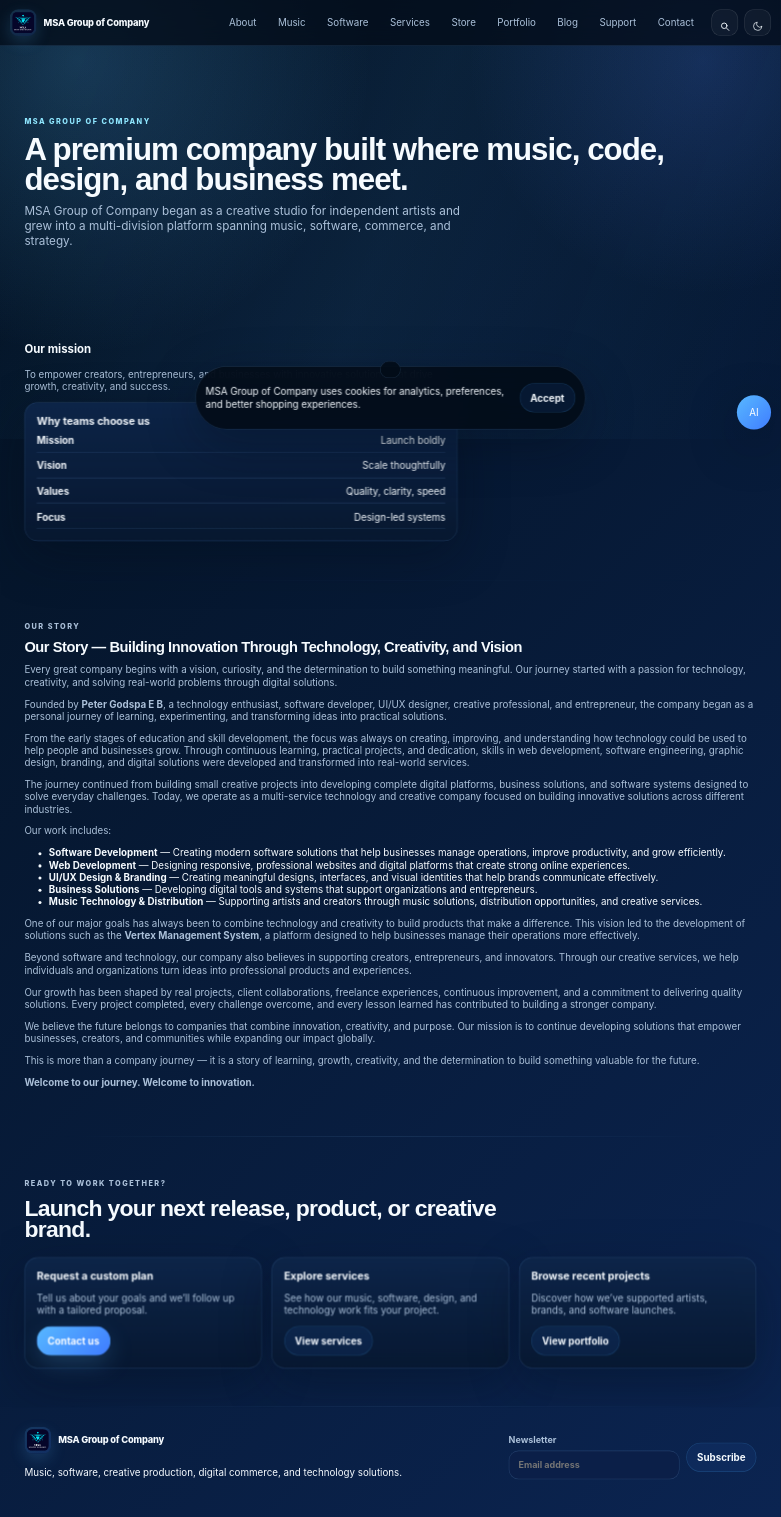
Repository: wifiasert/MSA-Group-of-Company
Page: about/index.html
These files come from the project's save history. The page is drawn as it stood at one moment and after a run of saves; the edit follows.
The browser window is 1280 px wide. The pictures show the whole page, at 61% of full size.

Above is the page before, as saved 2026-07-18 03:52:10.

### about/index.html
<!doctype html>
<html lang="en">
<head>
  <meta charset="utf-8">
  <meta name="viewport" content="width=device-width, initial-scale=1">
  <title>MSA Group of Company | About</title>
  <meta name="robots" content="index, follow">
  <meta name="keywords" content="software company, digital agency, AI solutions, web development, mobile app development, automation, branding, music production, Ghana software company, global software company">
  <link rel="canonical" href="https://msagroupofcompanies.online/about/">
  <link rel="shortlink" href="https://msagroupofcompanies.online/about/">
  <meta property="og:locale" content="en_US">
  <meta property="og:site_name" content="MSA Group of Company">
  <meta property="og:type" content="website">
  <meta property="og:title" content="MSA Group of Company | About">
  <meta property="og:description" content="Learn about MSA Group of Company, its mission, values, and the team behind the platform.">
  <meta property="og:url" content="https://msagroupofcompanies.online/about/">
  <meta property="og:image" content="https://msagroupofcompanies.online/assets/og-preview.svg">
  <meta property="og:image:alt" content="MSA Group of Company digital services and creative technology">
  <meta name="twitter:card" content="summary_large_image">
  <meta name="twitter:title" content="MSA Group of Company | About">
  <meta name="twitter:description" content="Learn about MSA Group of Company, its mission, values, and the team behind the platform.">
  <meta name="twitter:image" content="https://msagroupofcompanies.online/assets/og-preview.svg">
  <meta name="author" content="MSA Group of Company">
  <meta name="publisher" content="MSA Group of Company">
  <link rel="apple-touch-icon" href="https://msagroupofcompanies.online/assets/favicon.svg">
  <link rel="manifest" href="../manifest.webmanifest">

  <meta name="description" content="Learn about MSA Group of Company, its mission, values, and the team behind the platform.">
  <meta name="theme-color" content="#060816">
  <link rel="icon" href="../assets/favicon.svg" type="image/svg+xml">
  <link rel="stylesheet" href="../styles.css">
  <script type="application/ld+json">
{
  "@context": "https://schema.org",
  "@graph": [
    {
      "@type": [
        "Organization",
        "ProfessionalService",
        "LocalBusiness"
      ],
      "@id": "https://msagroupofcompanies.online/#organization",
      "name": "MSA Group of Company",
      "url": "https://msagroupofcompanies.online/",
      "logo": "https://msagroupofcompanies.online/assets/favicon.svg",
      "sameAs": [
        "https://www.linkedin.com/",
        "https://www.instagram.com/",
        "https://www.youtube.com/",
        "https://www.tiktok.com/",
        "https://twitter.com/"
      ],
      "description": "MSA Group of Company delivers music, software, creative production, branding, and technology solutions for artists, startups, and businesses worldwide.",
      "contactPoint": [
        {
          "@type": "ContactPoint",
          "contactType": "customer support",
          "email": "hello@msa.company",
          "areaServed": [
            "GH",
            "US",
            "GB",
            "CA"
          ],
          "availableLanguage": [
            "English"
          ]
        }
      ],
      "address": {
        "@type": "PostalAddress",
        "addressCountry": "GH",
        "addressLocality": "Accra",
        "addressRegion": "Greater Accra"
      }
    },
    {
      "@type": "WebSite",
      "@id": "https://msagroupofcompanies.online/#website",
      "url": "https://msagroupofcompanies.online/",
      "name": "MSA Group of Company",
      "publisher": {
        "@id": "https://msagroupofcompanies.online/#organization"
      }
    },
    {
      "@type": "WebPage",
      "@id": "https://msagroupofcompanies.online/about/#webpage",
      "url": "https://msagroupofcompanies.online/about/",
      "name": "MSA Group of Company | About",
      "description": "Learn about MSA Group of Company, its mission, values, and the team behind the platform.",
      "inLanguage": "en",
      "isPartOf": {
        "@id": "https://msagroupofcompanies.online/#website"
      },
      "breadcrumb": {
        "@id": "https://msagroupofcompanies.online/about/#breadcrumb"
      }
    },
    {
      "@type": "BreadcrumbList",
      "@id": "https://msagroupofcompanies.online/about/#breadcrumb",
      "itemListElement": [
        {
          "@type": "ListItem",
          "position": 1,
          "name": "Home",
          "item": "https://msagroupofcompanies.online/"
        },
        {
          "@type": "ListItem",
          "position": 2,
          "name": "About",
          "item": "https://msagroupofcompanies.online/about"
        }
      ]
    },
    {
      "@type": "OfferCatalog",
      "name": "MSA Group of Company services",
      "itemListElement": [
        {
          "@type": "OfferCatalog",
          "name": "Website Development",
          "itemListElement": [
            {
              "@type": "Offer",
              "itemOffered": {
                "@type": "Service",
                "name": "Website Development"
              }
            }
          ]
        },
        {
          "@type": "OfferCatalog",
          "name": "Brand Identity",
          "itemListElement": [
            {
              "@type": "Offer",
              "itemOffered": {
                "@type": "Service",
                "name": "Brand Identity"
              }
            }
          ]
        },
        {
          "@type": "OfferCatalog",
          "name": "Music Production",
          "itemListElement": [
            {
              "@type": "Offer",
              "itemOffered": {
                "@type": "Service",
                "name": "Music Production"
              }
            }
          ]
        },
        {
          "@type": "OfferCatalog",
          "name": "Software Development",
          "itemListElement": [
            {
              "@type": "Offer",
              "itemOffered": {
                "@type": "Service",
                "name": "Software Development"
              }
            }
          ]
        },
        {
          "@type": "OfferCatalog",
          "name": "Digital Marketing",
          "itemListElement": [
            {
              "@type": "Offer",
              "itemOffered": {
                "@type": "Service",
                "name": "Digital Marketing"
              }
            }
          ]
        },
        {
          "@type": "OfferCatalog",
          "name": "Technology Solutions",
          "itemListElement": [
            {
              "@type": "Offer",
              "itemOffered": {
                "@type": "Service",
                "name": "Technology Solutions"
              }
            }
          ]
        },
        {
          "@type": "OfferCatalog",
          "name": "Music Distribution",
          "itemListElement": [
            {
              "@type": "Offer",
              "itemOffered": {
                "@type": "Service",
                "name": "Music Distribution"
              }
            }
          ]
        },
        {
          "@type": "OfferCatalog",
          "name": "Publishing Services",
          "itemListElement": [
            {
              "@type": "Offer",
              "itemOffered": {
                "@type": "Service",
                "name": "Publishing Services"
              }
            }
          ]
        },
        {
          "@type": "OfferCatalog",
          "name": "Artist Services",
          "itemListElement": [
            {
              "@type": "Offer",
              "itemOffered": {
                "@type": "Service",
                "name": "Artist Services"
              }
            }
          ]
        },
        {
          "@type": "OfferCatalog",
          "name": "Record Label Services",
          "itemListElement": [
            {
              "@type": "Offer",
              "itemOffered": {
                "@type": "Service",
                "name": "Record Label Services"
              }
            }
          ]
        },

        {
          "@type": "OfferCatalog",
          "name": "App Development",
          "itemListElement": [
            {
              "@type": "Offer",
              "itemOffered": {
                "@type": "Service",
                "name": "App Development"
              }
            }
          ]
        },
        {
          "@type": "OfferCatalog",
          "name": "Business Automation",
          "itemListElement": [
            {
              "@type": "Offer",
              "itemOffered": {
                "@type": "Service",
                "name": "Business Automation"
              }
            }
          ]
        }
      ]
    }
  ]
}
  </script>
</head>
<body>
  <div class="loader" id="loader"><span>MSA</span></div>
  <a class="skip-link" href="#main">Skip to content</a>
  <header class="site-header">
    <nav class="nav-shell" aria-label="Primary navigation">
      <a class="brand" href="../" aria-label="MSA Group of Company home"><img class="brand-logo" src="../images/logo%20n%20copy.jpg" alt="MSA Group of Company logo"><span class="brand-text">MSA Group of Company</span></a>
      <button class="icon-button nav-toggle" type="button" aria-label="Open navigation" aria-expanded="false">☰</button>
      <div class="nav-links" id="navLinks">
        <div class="nav-item"><a href="../about/">About</a></div>
        <div class="nav-item"><a href="../music/">Music</a><div class="submenu"><a href="../music/record-label/">Record Label</a><a href="../music/distribution/">Distribution</a><a href="../music/publishing/">Publishing</a><a href="../music/artist-services/">Artist Services</a></div></div>
        <div class="nav-item"><a href="../software/">Software</a><div class="submenu"><a href="../software/available/">Available</a><a href="../software/coming-soon/">Coming Soon</a></div></div>
        <div class="nav-item"><a href="../services/">Services</a></div>
        <div class="nav-item"><a href="../store/">Store</a></div>
        <div class="nav-item"><a href="../portfolio/">Portfolio</a></div>
        <div class="nav-item"><a href="../blog/">Blog</a></div>
        <div class="nav-item"><a href="../support/">Support</a></div>
        <div class="nav-item"><a href="../contact/">Contact</a></div>
      </div>
      <div class="nav-actions"><button class="icon-button" id="searchOpen" type="button" aria-label="Open search">⌕</button><button class="icon-button" id="themeToggle" type="button" aria-label="Toggle theme">◐</button></div>
    </nav>
  </header>
  <main id="main">
    <section class="page-hero reveal">
      <div class="hero-content">
        <p class="eyebrow">MSA Group of Company</p>
        <h1>A premium company built where music, code, design, and business meet.</h1>
        <p class="hero-copy">MSA Group of Company began as a creative studio for independent artists and grew into a multi-division platform spanning music, software, commerce, and strategy.</p>
      </div>
    </section>
    <section class="section reveal">
      <div class="hero-grid">
        <div class="hero-card">
          <h3>Our mission</h3>
          <p>To empower creators, entrepreneurs, and businesses with innovative solutions that drive growth, creativity, and success.</p>
        <div class="detail-card">
          <h3>Why teams choose us</h3>
          <div class="list-stack">
            <div><strong>Mission</strong><span>Launch boldly</span></div>
            <div><strong>Vision</strong><span>Scale thoughtfully</span></div>
            <div><strong>Values</strong><span>Quality, clarity, speed</span></div>
            <div><strong>Focus</strong><span>Design-led systems</span></div>
          </div>
        </div>
      </div>
    </section>
    </section>
    <section class="section reveal">
      <div class="story-panel">
        <p class="eyebrow">Our Story</p>
        <h2>Our Story — Building Innovation Through Technology, Creativity, and Vision</h2>
        <p>Every great company begins with a vision, curiosity, and the determination to build something meaningful. Our journey started with a passion for technology, creativity, and solving real-world problems through digital solutions.</p>
        <p>Founded by <strong>Peter Godspa E B</strong>, a technology enthusiast, software developer, UI/UX designer, creative professional, and entrepreneur, the company began as a personal journey of learning, experimenting, and transforming ideas into practical solutions.</p>
        <p>From the early stages of education and skill development, the focus was always on creating, improving, and understanding how technology could be used to help people and businesses grow. Through continuous learning, practical projects, and dedication, skills in web development, software engineering, graphic design, branding, and digital solutions were developed and transformed into real-world services.</p>
        <p>The journey continued from building small creative projects into developing complete digital platforms, business solutions, and software systems designed to solve everyday challenges. Today, we operate as a multi-service technology and creative company focused on building innovative solutions across different industries.</p>
        <div class="list-block">
          <p>Our work includes:</p>
          <ul>
            <li><strong>Software Development</strong> — Creating modern software solutions that help businesses manage operations, improve productivity, and grow efficiently.</li>
            <li><strong>Web Development</strong> — Designing responsive, professional websites and digital platforms that create strong online experiences.</li>
            <li><strong>UI/UX Design &amp; Branding</strong> — Creating meaningful designs, interfaces, and visual identities that help brands communicate effectively.</li>
            <li><strong>Business Solutions</strong> — Developing digital tools and systems that support organizations and entrepreneurs.</li>
            <li><strong>Music Technology &amp; Distribution</strong> — Supporting artists and creators through music solutions, distribution opportunities, and creative services.</li>
          </ul>
        </div>
        <p>One of our major goals has always been to combine technology and creativity to build products that make a difference. This vision led to the development of solutions such as the <strong>Vertex Management System</strong>, a platform designed to help businesses manage their operations more effectively.</p>
        <p>Beyond software and technology, our company also believes in supporting creators, entrepreneurs, and innovators. Through our creative services, we help individuals and organizations turn ideas into professional products and experiences.</p>
        <p>Our growth has been shaped by real projects, client collaborations, freelance experiences, continuous improvement, and a commitment to delivering quality solutions. Every project completed, every challenge overcome, and every lesson learned has contributed to building a stronger company.</p>
        <p>We believe the future belongs to companies that combine innovation, creativity, and purpose. Our mission is to continue developing solutions that empower businesses, creators, and communities while expanding our impact globally.</p>
        <p>This is more than a company journey — it is a story of learning, growth, creativity, and the determination to build something valuable for the future.</p>
        <p><strong>Welcome to our journey. Welcome to innovation.</strong></p>
      </div>
    </section>
    <section class="section reveal">
      <div class="section-heading">
        <p class="eyebrow">Ready to work together?</p>
        <h2>Launch your next release, product, or creative brand.</h2>
      </div>
      <div class="card-grid">
        <article class="glass-card">
          <h3>Request a custom plan</h3>
          <p>Tell us about your goals and we’ll follow up with a tailored proposal.</p>
          <a class="primary-button" href="../contact/">Contact us</a>
        </article>
        <article class="glass-card">
          <h3>Explore services</h3>
          <p>See how our music, software, design, and technology work fits your project.</p>
          <a class="secondary-button" href="../services/">View services</a>
        </article>
        <article class="glass-card">
          <h3>Browse recent projects</h3>
          <p>Discover how we’ve supported artists, brands, and software launches.</p>
          <a class="secondary-button" href="../portfolio/">View portfolio</a>
        </article>
      </div>
    </section>
  </main>
  <footer class="site-footer"><div><a class="brand" href="../" aria-label="MSA Group of Company home"><img class="brand-logo" src="../images/logo%20n%20copy.jpg" alt="MSA Group of Company logo"><span class="brand-text">MSA Group of Company</span></a><p>Music, software, creative production, digital commerce, and technology solutions.</p></div><form class="newsletter" data-form="newsletter"><label>Newsletter<input required type="email" placeholder="Email address"></label><button class="secondary-button" type="submit">Subscribe</button></form></footer>
  <dialog class="modal" id="searchModal"><button class="icon-button close-modal" data-close type="button">×</button><h2>Search MSA Group of Company</h2><input id="siteSearch" placeholder="Search services, products, support, blog..."><div id="searchResults" class="search-results"></div></dialog>
  <div class="chatbot" id="chatbot"><button class="chat-toggle" id="chatToggle" type="button">AI</button><div class="chat-window" aria-live="polite"><strong>MSA AI Support</strong><div id="chatLog"><p>Ask about software, music submissions, orders, or services.</p></div><form id="chatForm"><input id="chatInput" placeholder="Type a question..."><button type="submit">Send</button></form></div></div>
  <div class="cookie" id="cookieBanner"><p>MSA Group of Company uses cookies for analytics, preferences, and better shopping experiences.</p><button class="secondary-button" id="cookieAccept" type="button">Accept</button></div>
  <div class="toast" id="toast" role="status" aria-live="polite"></div>
  <script src="../app.js"></script>
</body>
</html>

Loaded but not shown: app.js (337 lines, source omitted); styles.css (433 lines, source omitted)

After the next 2 saves:
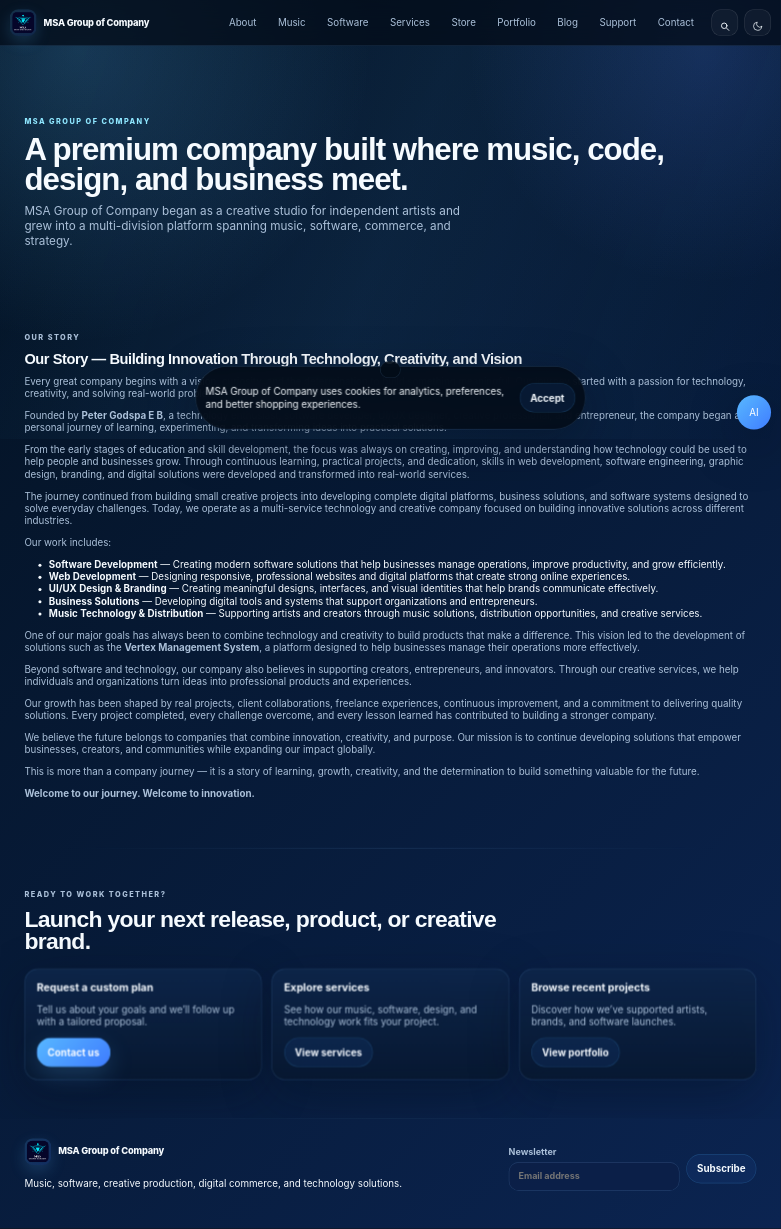
The 2 saves are shown as one change because they came seconds apart.
The last was saved 2 min 0 s later.
--- a/about/index.html
+++ b/about/index.html
@@ -311,22 +311,8 @@
         <p class="hero-copy">MSA Group of Company began as a creative studio for independent artists and grew into a multi-division platform spanning music, software, commerce, and strategy.</p>
       </div>
     </section>
-    <section class="section reveal">
-      <div class="hero-grid">
-        <div class="hero-card">
-          <h3>Our mission</h3>
-          <p>To empower creators, entrepreneurs, and businesses with innovative solutions that drive growth, creativity, and success.</p>
-        <div class="detail-card">
-          <h3>Why teams choose us</h3>
-          <div class="list-stack">
-            <div><strong>Mission</strong><span>Launch boldly</span></div>
-            <div><strong>Vision</strong><span>Scale thoughtfully</span></div>
-            <div><strong>Values</strong><span>Quality, clarity, speed</span></div>
-            <div><strong>Focus</strong><span>Design-led systems</span></div>
-          </div>
-        </div>
-      </div>
-    </section>
+
+
     </section>
     <section class="section reveal">
       <div class="story-panel">
